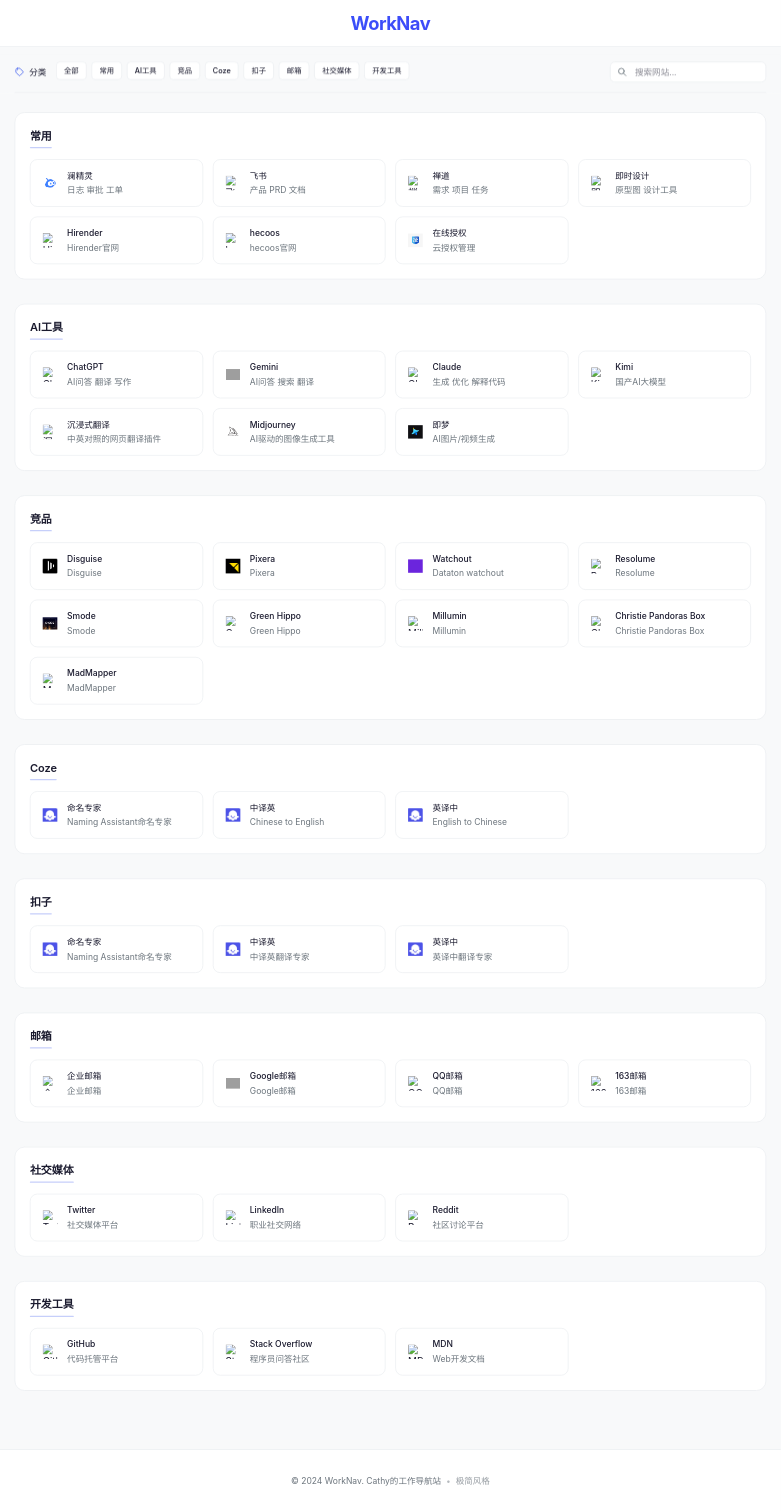
Repository: SweetPomelo0/WorkNav
Page: /
The author's editor kept a copy of each file at every save. The page is drawn from the files as they stood at one save, then again after the next save.
The browser window is 1280 px wide. The pictures show the whole page, at 61% of full size.
Pictures or frames that could not be fetched are drawn as grey boxes. The project was rebuilt for these pictures with package versions that can differ from the ones it lists, and the page was loaded fresh each time. The framework's server and built-in components were replaced by stand-ins that run in the browser. Also part of the build but not shown: next.config.ts.

Above is the page before, as saved 2025-07-26 23:02:38.

After the next save:
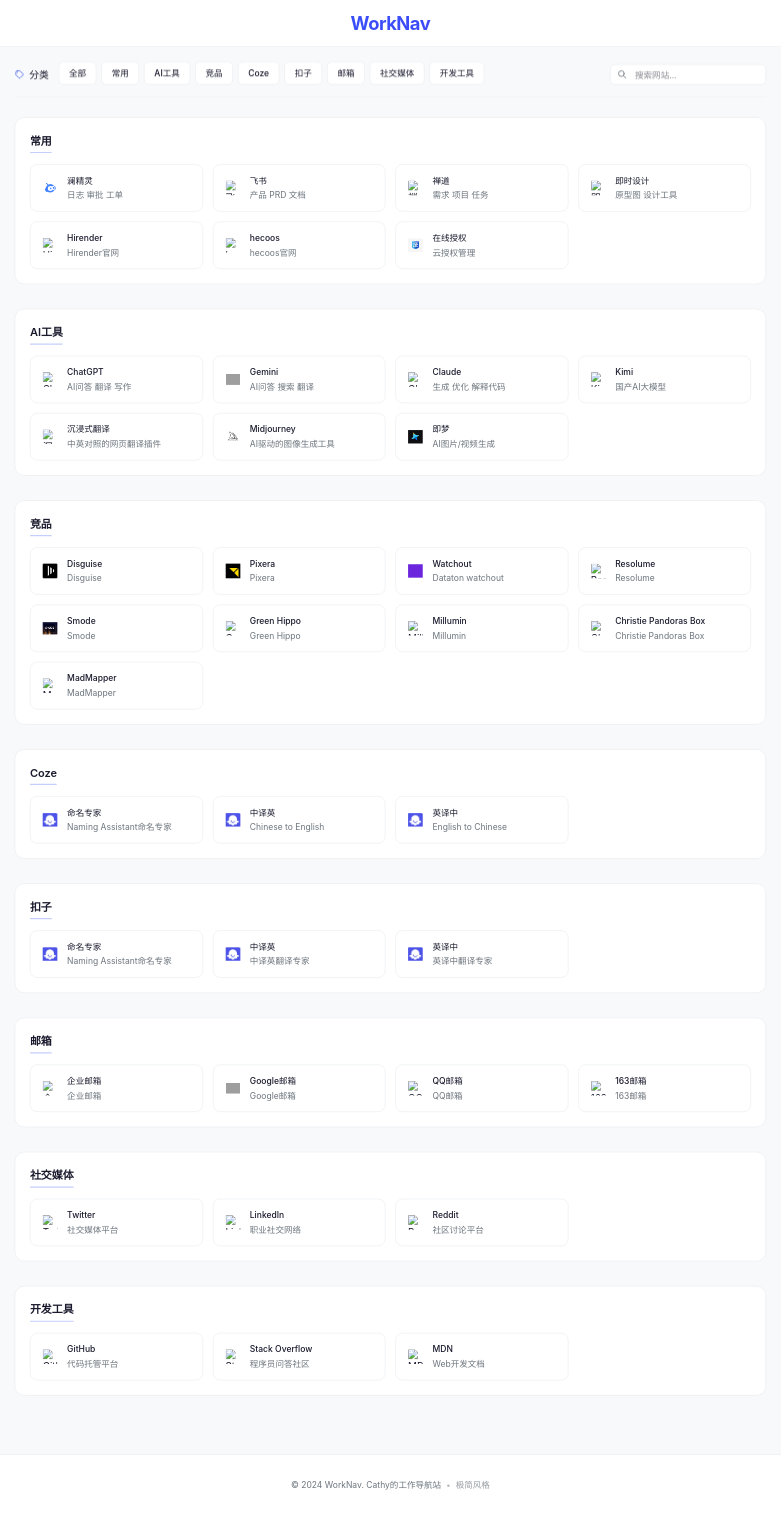
Saved 5 min 24 s later.
--- a/src/app/page.tsx
+++ b/src/app/page.tsx
@@ -117,7 +117,7 @@
                 <svg xmlns="http://www.w3.org/2000/svg" className="h-4 w-4 mr-1 md:mr-2" fill="none" viewBox="0 0 24 24" stroke="currentColor" style={{ color: 'var(--accent)' }}>
                   <path strokeLinecap="round" strokeLinejoin="round" strokeWidth={2} d="M7 7h.01M7 3h5c.512 0 1.024.195 1.414.586l7 7a2 2 0 010 2.828l-7 7a2 2 0 01-2.828 0l-7-7A1.994 1.994 0 013 12V7a4 4 0 014-4z" />
                 </svg>
-                <span className="hidden sm:inline text-sm font-medium" style={{ color: 'var(--text-primary)' }}>分类</span>
+                <span className="hidden sm:inline text-base font-medium" style={{ color: 'var(--text-primary)' }}>分类</span>
               </div>
             </div>
             <div className="flex space-x-1 md:space-x-2 overflow-x-auto pb-1 category-scrollbar flex-grow">
@@ -128,7 +128,7 @@
                   setSelectedCategory("全部");
                   setIsInitialLoad(false);
                 }}
-                className="text-xs font-medium whitespace-nowrap px-2 md:px-3 py-1 md:py-1.5 rounded-md transition-all duration-300 hover:scale-105 hover:shadow-md hover:bg-opacity-90 flex-shrink-0"
+                className="text-sm font-medium whitespace-nowrap px-3 md:px-4 py-2 rounded-lg transition-all duration-300 hover:scale-105 hover:shadow-md hover:bg-opacity-90 flex-shrink-0"
                 style={{
                   background: (selectedCategory === "全部" && !isInitialLoad) ? 'var(--accent)' : 'var(--card-bg)',
                   border: '1px solid ' + ((selectedCategory === "全部" && !isInitialLoad) ? 'var(--accent)' : 'var(--card-border)'),
@@ -150,7 +150,7 @@
                       element.scrollIntoView({ behavior: 'smooth' });
                     }
                   }}
-                  className="text-xs font-medium whitespace-nowrap px-2 md:px-3 py-1 md:py-1.5 rounded-md transition-all duration-300 hover:scale-105 hover:shadow-md hover:bg-opacity-90 flex-shrink-0"
+                  className="text-sm font-medium whitespace-nowrap px-3 md:px-4 py-2 rounded-lg transition-all duration-300 hover:scale-105 hover:shadow-md hover:bg-opacity-90 flex-shrink-0"
                   style={{
                     background: selectedCategory === category.title ? 'var(--accent)' : 'var(--card-bg)',
                     border: '1px solid ' + (selectedCategory === category.title ? 'var(--accent)' : 'var(--card-border)'),
